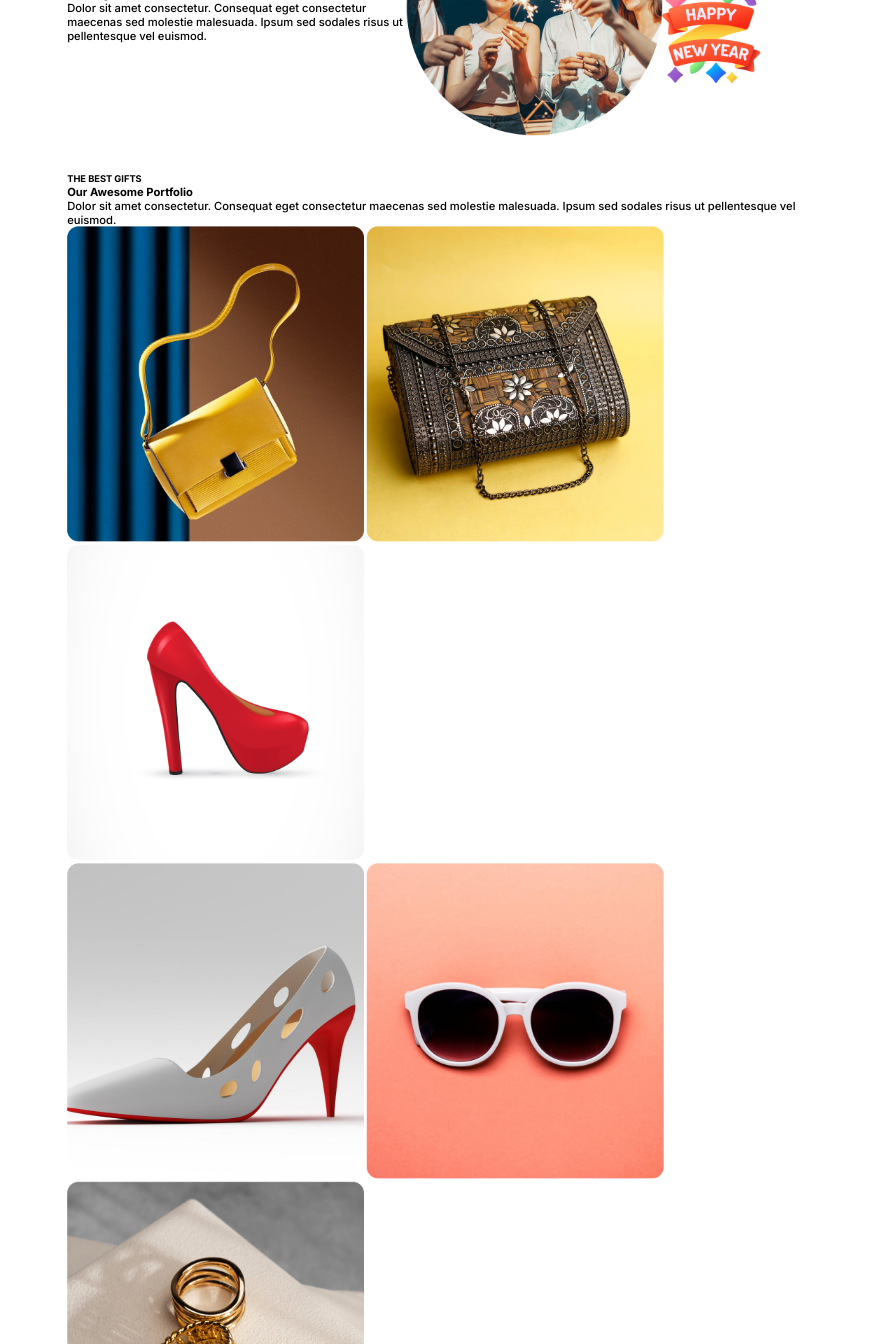
Repository: sumonkumarsarkar/new-year-2024
Page: index.html
These files come from the project's save history. The page is drawn as it stood at one moment and after the next save; the edit follows.
The browser window is 1280 px wide. The pictures show the part of the page from y = 2606 to 4526 px (the page is 4799 px tall before and 4803 px after), at 70% of full size.

Above is the page before, as saved 2024-01-08 13:02:52.

### index.html
<!DOCTYPE html>
<html lang="en">
  <head>
    <meta charset="UTF-8" />
    <meta name="viewport" content="width=device-width, initial-scale=1.0" />
    <title>Happy Nwe Year-2024</title>
    <link rel="preconnect" href="https://fonts.googleapis.com" />
    <link rel="preconnect" href="https://fonts.gstatic.com" crossorigin />
    <link
      href="https://fonts.googleapis.com/css2?family=Inter:wght@100;200;300;500;600;700&display=swap"
      rel="stylesheet"
    />
    <link rel="stylesheet" href="/style.css" />
  </head>
  <body>
    <!-- banner-section start  -->
    <header>
      <div class="container banner">
        <div class="heading-text">
          <h4>Happy New Year</h4>
          <h3>New Year Party Celebration</h3>
        </div>
      </div>
    </header>
    <!-- banner-section end  -->

    <!-- holiday deal start  -->
    <section id="holiday-deal">
      <div class="container-holiday">
        <div class="holiday-text">
          <h2>65% OFF</h2>
          <p>OUR HOLIDAY DEALS ARE BETTER</p>
          <h4>ALL CATEGORIES</h4>
        </div>
        <div class="holiday-img">
          <img src="./image/New Year Photo.png" alt="" />
        </div>
      </div>
    </section>
    <!-- holiday deal end  -->

    <section id="midnight-section">
      <div class="container midnight-banner">
        <div class="midnight-content">
          <div class="midnight-text">
            <h3>Welcome to midnight party</h3>
            <p>
              Dolor sit amet consectetur. Consequat eget consectetur maecenas
              sed molestie malesuada. Ipsum sed sodales risus ut pellentesque
              vel euismod.
            </p>
            <button type="button">JOIN NOW</button>
          </div>
          <div class="midmight-img">
            <img src="./image/Group 70.png" alt="" />
          </div>
        </div>
      </div>
    </section>

     <!-- park hotel start  -->
<section id="park-hotel">
    <div class="container park-hotel-text">
     <p>Place: New Park Hotel</p>
     <p>Date: 31 December Night 2023</p>
     <p>Time: Evening 7.30 pm to 12.30 am</p>
     <button class="park-hotel-button" type="button">JOIN NOW</button>
    </div>
</section>
 <!-- park hotel end  -->


 <!-- best offer start  -->
 <section id="best-offer">
    <div class="container best-banner">
        <div class="best-offer-text">
            <div class="offer-text">
                <h5>NEW BEST OFFER</h5>
                <h4>Coming Soon</h4>
                <p>Dolor sit amet consectetur. Consequat eget consectetur maecenas sed molestie malesuada. Ipsum sed sodales risus ut pellentesque vel euismod. </p>
            </div>
            <div class="offer-img">
                <img src="./image/Ellipse 1.png" alt="">
            </div>
            <div class="offer-text-img">
                <h3>2024</h3>
                <p>Dolor sit amet consectetur. Consequat eget consectetur maecenas sed.</p>
                <img src="./image/Group 96.png" alt="">
            </div>

        </div>
    </div>
 </section>

 <!-- best offer end  -->



 <!-- portfolio section start  -->

<section id="fortfolio">
    <div class="container">
        <div class="protfolio-text-image">
            <div class="protfolio-text">
                   <h5>THE BEST GIFTS</h5>
                   <h4>Our Awesome Portfolio</h4>
                   <p>Dolor sit amet consectetur. Consequat eget consectetur maecenas sed molestie malesuada. Ipsum sed sodales risus ut pellentesque vel euismod. </p>
            </div>
            <div class="protfolio-image">
                <div class="image-div">
                    <img src="./image/Rectangle 3.png" alt="">
                    <img src="./image/Rectangle 4.png" alt="">
                    <img src="./image/Rectangle 5.png" alt="">
                </div>
                <div class="image-div">
                    <img src="./image/Rectangle 6.png" alt="">
                    <img src="./image/Rectangle 7.png" alt="">
                    <img src="./image/Rectangle 8.png" alt="">
                </div>
            </div>
        </div>
    </div>
</section>

 <!-- portfolio section end -->



  </body>
</html>

### style.css
* {
    margin: 0;
    padding: 0;
}

body {
    font-family: "Inter", sans-serif;
}

/* banner section end  */
.container {
    max-width: 1140px;
    width: 85%;
    margin: 50px auto;
}

.banner {
    background-image: url(./image/Banner\ Image.png);
    background-position: center;
    background-repeat: no-repeat;
    background-size: cover;
}

.heading-text {
    text-align: center;
    justify-content: center;
    padding: 177px 300px;
}

.heading-text h3 {
    color: #fff;
    text-align: center;
    font-family: Merriweather;
    font-size: 50px;
    font-style: normal;
    font-weight: 900;
}

.heading-text h4 {
    color: #fff;
    text-align: center;
    font-family: Merriweather;
    font-size: 25px;
    font-style: normal;
    font-weight: 400;
    line-height: normal;
}

/* banner section end  */

/* holiday -section start  */
.container-holiday {
    width: 85%;
    max-width: 680px;
    margin: 0 auto;
}

.holiday-text {
    text-align: center;
    justify-content: center;
    padding: 50px 50px;
    margin: 50px;
}

.holiday-text h2 {
    color: #f00;
    text-align: center;
    font-family: Inter;
    font-size: 70px;
    font-style: normal;
    font-weight: 700;
    line-height: normal;
}

.holiday-text p {
    color: #f00;

    text-align: center;
    font-family: Inter;
    font-size: 20px;
    font-style: normal;
    font-weight: 500;
    line-height: normal;
}

.holiday-text h4 {
    color: #070211;

    text-align: center;
    font-family: Inter;
    font-size: 35px;
    font-style: normal;
    font-weight: 700;
    line-height: normal;
}

.holiday-img {
    text-align: center;
    justify-content: center;
    width: 680px;
    height: 500px;
}

/* holiday -section start  */

/* midnight party start  */

.midnight-banner {
    background-image: url("./image/Vectorrr.png");
    background-position: center;
    background-repeat: no-repeat;
    background-size: cover;
}

.midnight-content {
    display: flex;
    justify-content: space-between;
    align-items: center;
}

.midnight-text {
    padding: 50px 0px 50px 50px;
    align-items: center;
}

.midnight-text h3 {
    align-items: center;
    color: #fff;
    font-family: Merriweather;
    font-size: 80px;
    font-style: normal;
    font-weight: 900;


}

.midnight-text p {
color: rgba(255, 255, 255, 0.80);
font-family: Inter;
font-size: 10px;
font-style: normal;
font-weight: 400;
line-height: 30px;
}

button {
    color: #FFF;
    text-align:center;
    font-family: Inter;
    font-size: 14px;
    font-style:normal;
    font-weight: 400;
    line-height: normal;
    text-transform:uppercase;
    background: #070211;
    border:none;
    padding: 10px 10px;
}

.midmight-img{
    padding:50px 50px ;
}

/* midnight party end */




/* park hotel start */

.park-hotel-text{
 background: linear-gradient(180deg, rgba(255, 0, 0, 0.10) 0%, rgba(255, 0, 0, 0.00) 100%);
 text-align: center;
 margin:0 auto;
 padding: 100px 0px;
}

.park-hotel-button{
color: #FFF;
text-align: center;
font-family: Inter;
font-size: 13px;
font-style: normal;
font-weight: 700;
line-height: normal;
text-transform: uppercase;
background: #f00;
margin-top: 20px;


}
/* park hotel end */


/* best offer start  */

.best-offer-text{
    display: flex;
    justify-content: space-between;
    align-items: center;
}
.best-banner{
    background: #FFF;
    margin-top: 50px;
}


/* best offer end */



/* portfolio section start  */

.protfolio-text h5{

}



/* portfolio section end  */

After the next save:
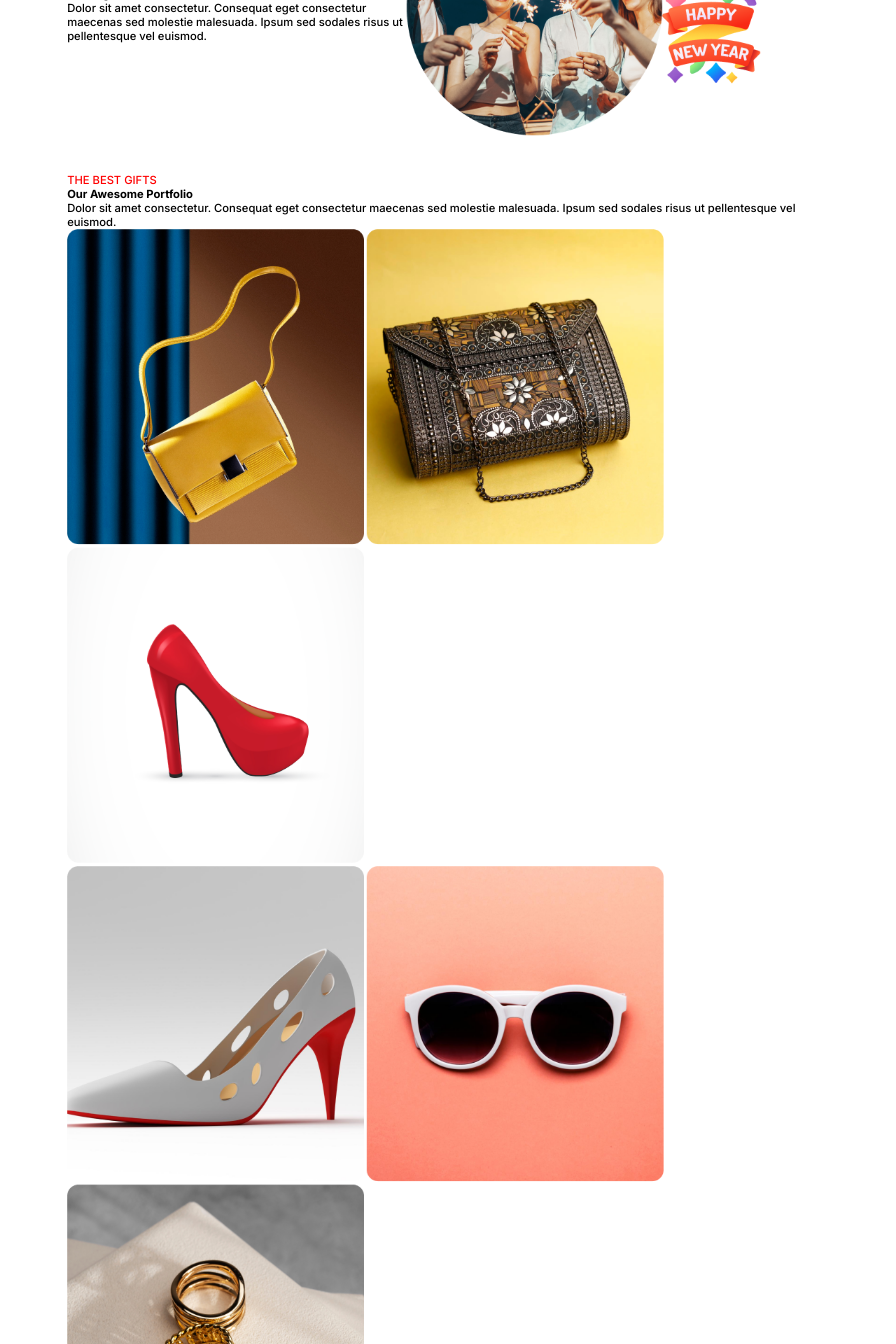
Saved 45 s later.
--- a/style.css
+++ b/style.css
@@ -212,6 +212,14 @@ margin-top: 20px;
 /* portfolio section start  */
 
 .protfolio-text h5{
+    color: #F00;
+font-family: Inter;
+font-size: 16px;
+font-style: normal;
+font-weight: 500;
+line-height: normal;
+}
+.protfolio-text h4{
 
 }
 
